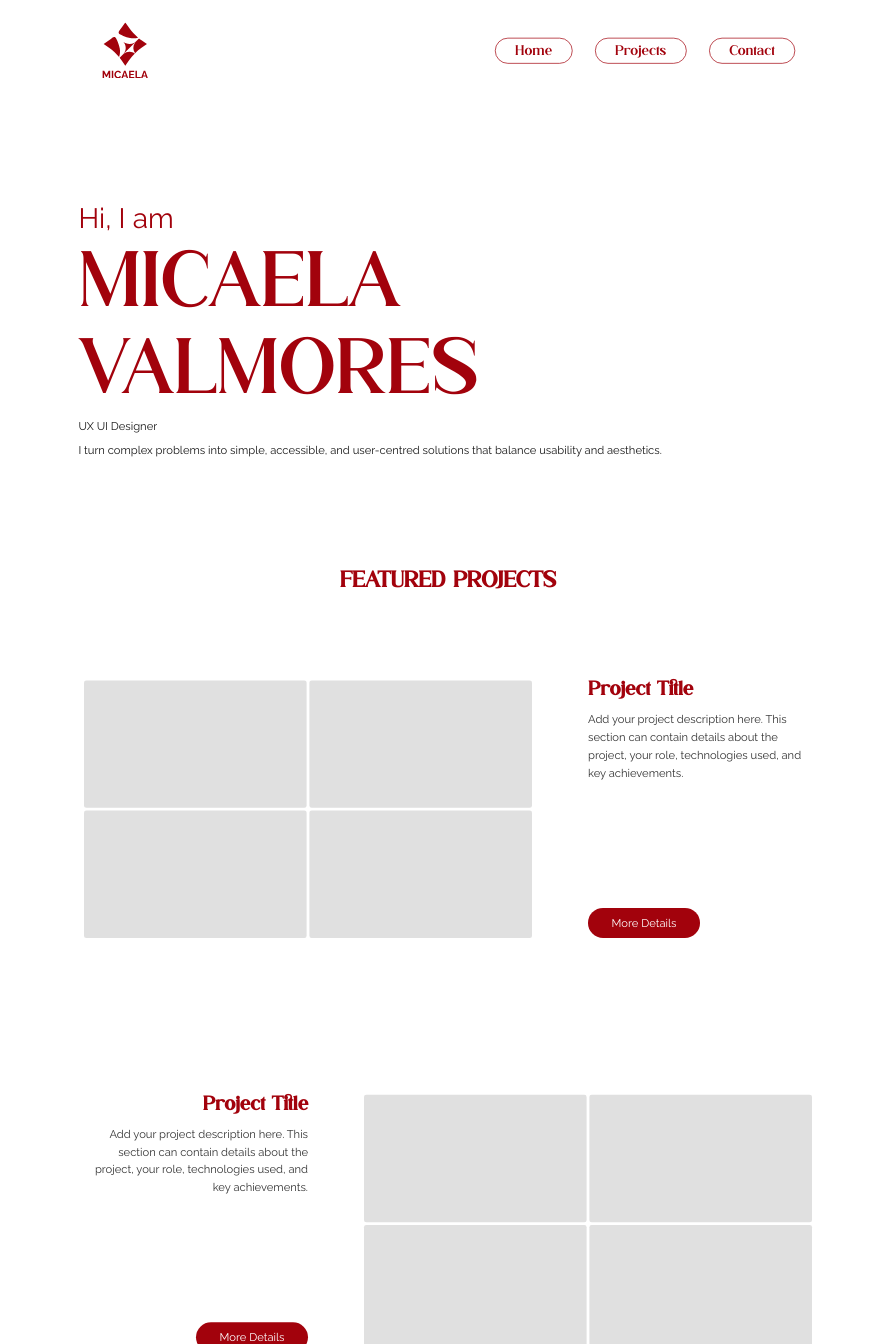
Repository: Micaelavalmores/Micaela-Portfolio
Page: /
An editor plug-in stored every save of this project. The page is shown before and after the next save, followed by the edit.
The browser window is 1280 px wide. The pictures show the part of the page from y = 0 to 1920 px (the page is 2748 px tall before and 2738 px after), at 70% of full size.
The project was rebuilt for these pictures with package versions that can differ from the ones it lists, and the page was loaded fresh each time. The framework's server and built-in components were replaced by stand-ins that run in the browser. Also part of the build but not shown: next.config.mjs.

Above is the page before, as saved 2026-01-27 13:39:30.

After the next save:
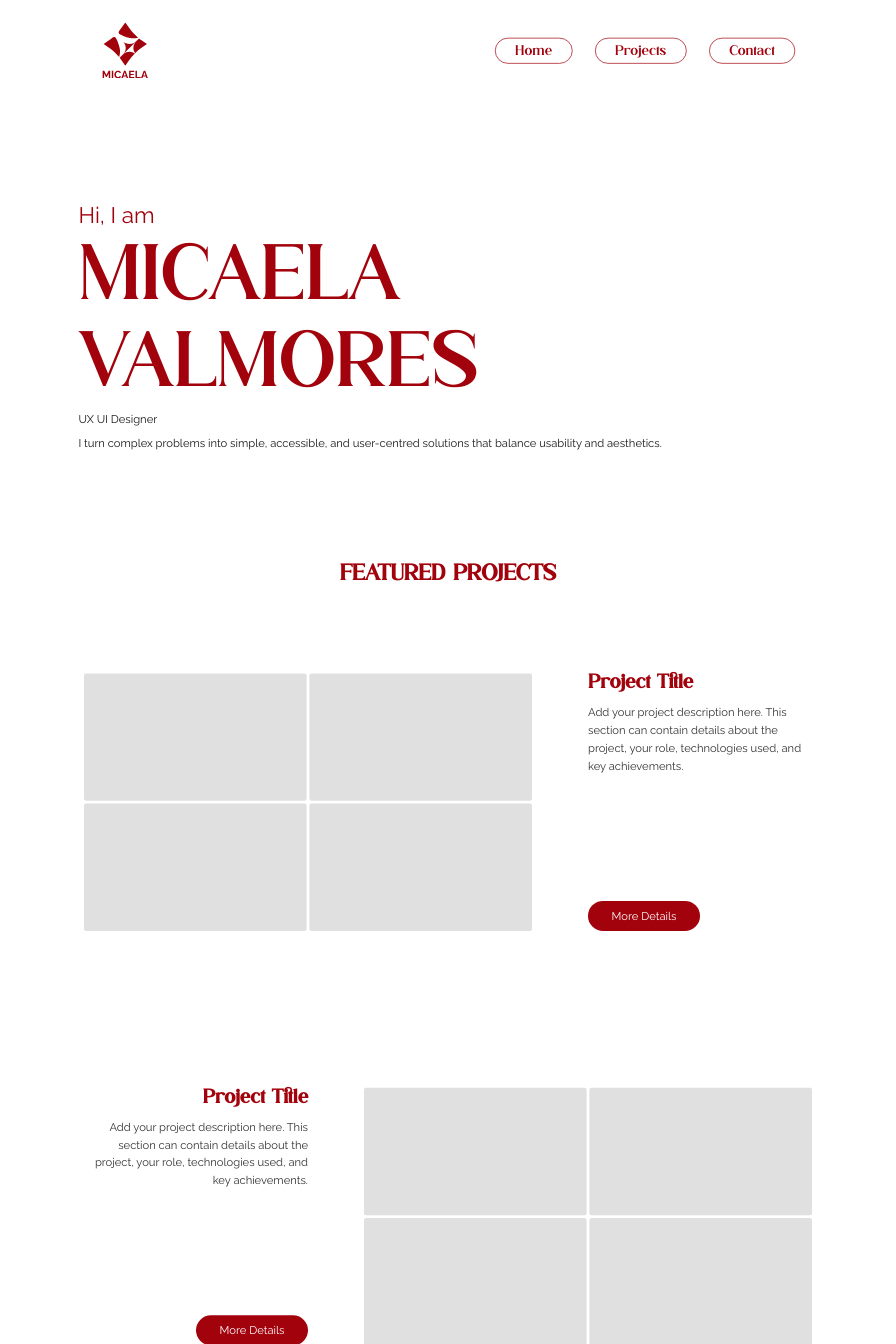
Saved 8 s later.
--- a/app/page.module.css
+++ b/app/page.module.css
@@ -46,7 +46,7 @@
 }
 
 .intro-greet {
-  font-size: 2.5rem;
+  font-size: 2rem;
   font-weight: 400;
   color: #A2020C;
   font-family: raleway;

After the save that followed:
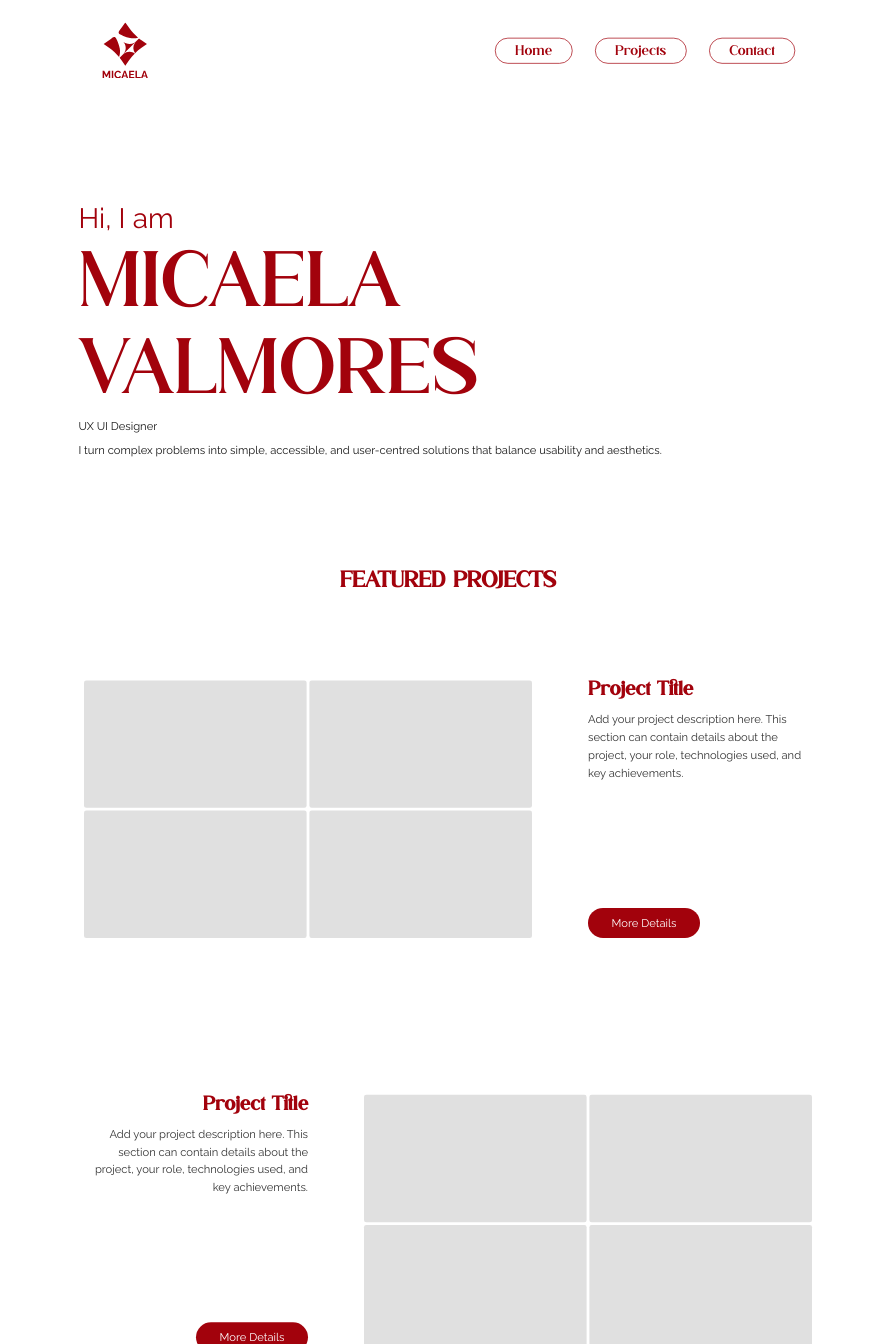
Saved 6 s later.
--- a/app/page.module.css
+++ b/app/page.module.css
@@ -46,7 +46,7 @@
 }
 
 .intro-greet {
-  font-size: 2rem;
+  font-size: 2.5rem;
   font-weight: 400;
   color: #A2020C;
   font-family: raleway;
